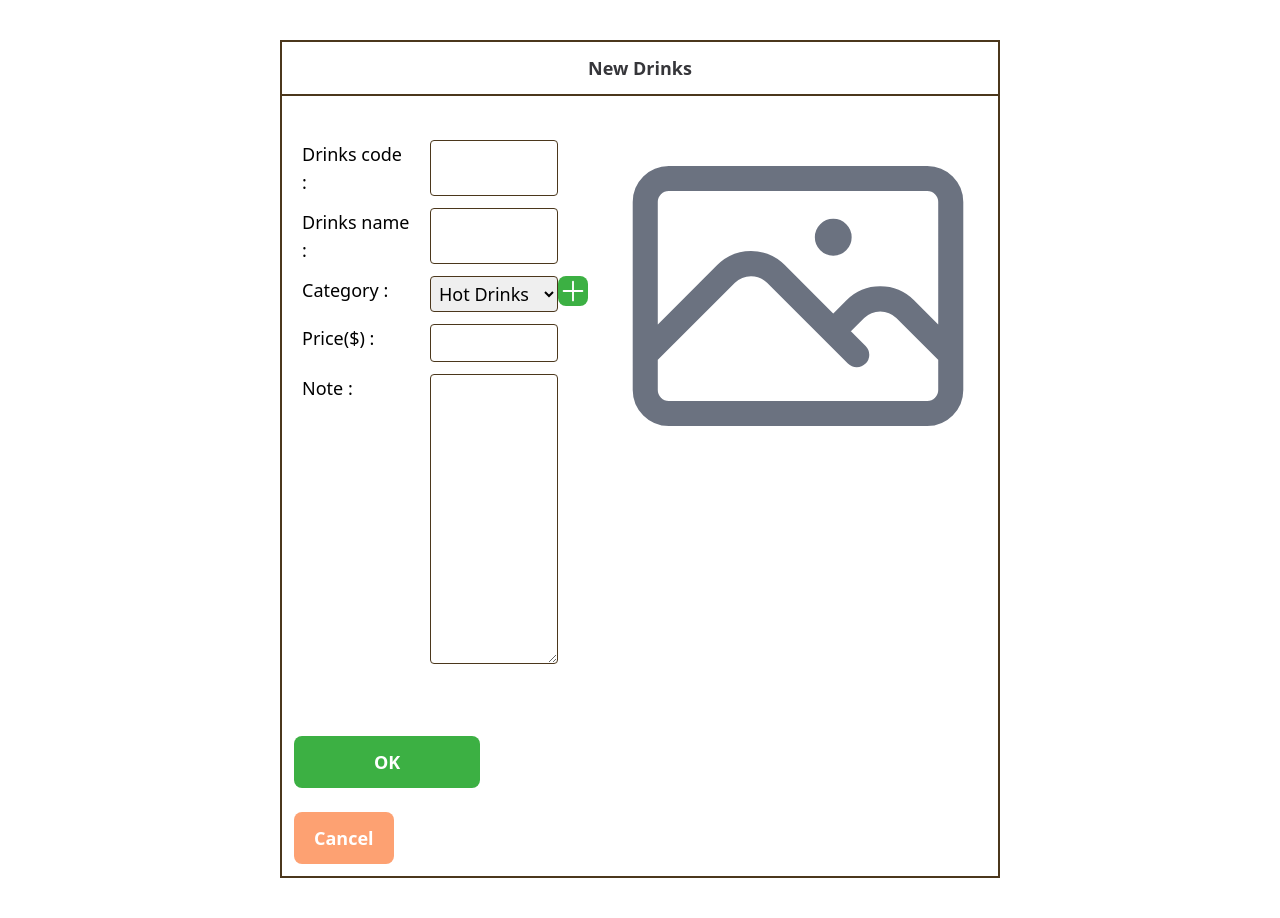
Repository: Dapravith/Midterm-SE-GIC-Cafe-Project-Group16
Page: bin/main/templates/addDrink.html
These files come from the project's save history. The page is drawn as it stood at one moment and after the next save; the edit follows.
The browser window is 1280 px wide. The pictures show the whole page.
Some web libraries are served in a nearby version.

Above is the page before, as saved 2023-05-17 08:40:46.

### bin/main/templates/addDrink.html
<!DOCTYPE html>
<html lang="en">

<head>
    <meta charset="UTF-8">
    <meta http-equiv="X-UA-Compatible" content="IE=edge">
    <meta name="viewport" content="width=device-width, initial-scale=1.0">
    <title>Add New Drink</title>
    <script src="https://cdn.tailwindcss.com"></script>
    <style>
        * {
            margin: 0;
            padding: 0;
            box-sizing: border-box;
        }

        button:hover {
            box-shadow: 0 14px 15px 0 rgba(36, 149, 198, 0.921), 0 17px 60px 0 rgba(90, 81, 81, 0.19);
        }

        .text-center {
            color: rgb(54, 54, 58);
            justify-content: center;
            font-weight: bold;
        }
    </style>
</head>

<body class="m-10 text-lg">
    <!-- CRUD PRODUCTS -->
    <div class="new_drink w-[60%] h-fit m-auto  border-[2px] border-solid border-[#4B371C] ">
        <div class="p-3 head">
            <h2 class="text-center">New Drinks</h2>
        </div>
        <div class="w-[100%] border-[1px] border-solid border-[#4B371C]"></div>
        <div class="flex">
            <div class="add_drink w-[60%]">
                <div class="py-3 ">
                    <form action="#" class="p-5 ">
                        <div class="grid grid-cols-2 mt-3">
                            <label class="mr-5" for="dcode">Drinks code :</label>
                            <input type="text" id="dcode" name="" class="p-1 border-[1px] border-solid border-[#4B371C] rounded" placeholder="">
                        </div>
                        <div class="grid grid-cols-2 mt-3">
                            <label class="mr-5" for="dname">Drinks name :</label>
                            <input type="text" id="dname" name="" class="p-1 border-[1px] border-solid border-[#4B371C] rounded" placeholder="">
                        </div>
                        <div class="grid grid-cols-2 mt-3">
                            <label class="mr-5" for="category">Category :</label>
                            <div class="flex justify-between">
                                <select type="add-item" id="category" name="" class="p-1 border-[1px] border-solid border-[#4B371C] rounded" placeholder="">
                                    <option value="1">Hot Drinks</option >
                                    <option value="2" >Cool Drinks</option >
                                    <option value="3" >Frappe</option >
                                    <option value="4" >Milk Tea</option >
                                </select>
                                <button id="add_category" class=" w-fit h-fit bg-[#3CB043] text-center text-white font-bold cursor-pointer duration-100 rounded-lg">
                                    <svg xmlns="http://www.w3.org/2000/svg" fill="none" viewBox="0 0 24 24" stroke-width="1.5" stroke="currentColor" class="w-[30px] h-[30px] " onclick="showPopup()">
                                        <path stroke-linecap="round" stroke-linejoin="round" d="M12 4.5v15m7.5-7.5h-15" />
                                    </svg>
                                </button>

                            </div>

                        </div>

                        <div class="grid grid-cols-2 mt-3">
                            <label class="mr-5" for="price">Price($) :</label>
                            <input name="" min="0" type="number" id="price" class="p-1 border-[1px] border-solid border-[#4B371C] rounded" placeholder="">
                        </div>
                        <div class="grid grid-cols-2 mt-3">
                            <label class="mr-5" for="note">Note :</label>
                            <textarea id="note" cols="90" rows="10" name="" class="p-1 w-full border-[1px] border-solid border-[#4B371C] rounded resize-x"> </textarea>
                        </div>
                    </form>
                </div>
                <br />
                <div>
                    <button class=" py-3 bg-[#3CB043] text-center text-white font-bold px-20 m-3 inline-block cursor-pointer duration-100 rounded-lg">OK</button>
                    <button class=" py-3 px-5 bg-[#FDA172] text-center text-white  font-bold p-3 m-3 inline-block cursor-pointer duration-100 rounded-lg">Cancel</button>
                </div>
            </div>
            <!-- images -->
            <div class="ml-5 img">
                <form action="#">
                    <input id="file-input" type="file" name="file" hidden accept="image/*">
                    <label for="file-input" class="cursor-pointer">
                        <div id="image-preview" class="w-[400px] h-fit p-3 border-[#4B371C]">
                            <svg xmlns="http://www.w3.org/2000/svg" fill="none" viewBox="0 0 24 24" stroke-width="1.6" stroke="currentColor" class="w-full h-full text-gray-500">
                                <path stroke-linecap="round" stroke-linejoin="round" d="M2.25 15.75l5.159-5.159a2.25 2.25 0 013.182 0l5.159 5.159m-1.5-1.5l1.409-1.409a2.25 2.25 0 013.182 0l2.909 2.909m-18 3.75h16.5a1.5 1.5 0 001.5-1.5V6a1.5 1.5 0 00-1.5-1.5H3.75A1.5 1.5 0 002.25 6v12a1.5 1.5 0 001.5 1.5zm10.5-11.25h.008v.008h-.008V8.25zm.375 0a.375.375 0 11-.75 0 .375.375 0 01.75 0z" />
                            </svg>
                        </div>
                    </label>
                </form>
            </div>
        </div>
    </div>
    </div>
    </div>
    </div>
    <!-- ADD NEW CATEGORY -->
    <div class="popup w-[100vw] h-[100vh] absolute top-[0] left-[0] bg-[#f1f1f199] hidden z-[100]">
        <main class="w-[20rem] absolute top-[50%] left-[50%] translate-x-[-50%] translate-y-[-50%]">
            <div class="none w-full h-fit m-auto  border-[2px] border-solid border-[#4B371C]">
                <div class="p-3 head">
                    <h2 class="text-center">New Category</h2>
                </div>
                <div class="w-[100%] border-[1px] border-solid border-[#4B371C]"></div>
                <div class="">
                    <form action="#" class="p-3 add_category">
                        <div class="grid grid-cols-2 mt-3">
                            <label for="gcode">Category code :</label>
                            <input type="text" id="dcode" name="" class="category_code border-[1px] border-solid border-[#4B371C] rounded" placeholder="" required>
                        </div>
                        <div class="grid grid-cols-2 mt-3">
                            <label for="gname">Category name :</label>
                            <input type="text" id="gname" name="" class="category_name border-[1px] border-solid border-[#4B371C] rounded" placeholder="" required>
                        </div>
                        <br />
                        <div class="flex">
                            <input id="okay" type="submit" value="OK" class=" py-3 bg-[#3CB043] text-center font-bold text-white px-16 in m-3 p-3 line-block cursor-pointer duration-100 rounded-lg">
                            <button class="cancel py-3 px-5 bg-[#FDA172] text-center font-bold text-white p-3 m-3 inline-block cursor-pointer duration-100 rounded-lg">Cancel</button>
                        </div>
                    </form>
                </div>
            </div>
        </main>

    </div>
    <script>
        const addNewCat = document.getElementById("add_category");
        const popup = document.querySelector(".popup");
        const form_add_category = document.querySelector(".add_category");
        const imagePreview = document.getElementById("image-preview");
        const fileInput = document.getElementById("file-input");

        addNewCat.addEventListener("click", showPopup);

        function showPopup() {
            popup.classList.remove("hidden");
        }

        form_add_category.addEventListener("submit", () => {
            clear();
            popup.classList.add("hidden");
        });

        document.querySelector(".cancel").addEventListener("click", () => {
            clear();
            popup.classList.add("hidden");
        });

        popup.addEventListener("click", (e) => {
            const target = e.target;

            if (target.classList.contains("popup")) {
                clear();
                popup.classList.add("hidden");
            }
        });

        function readImage(input) {
            if (input.files && input.files[0]) {
                const reader = new FileReader();

                reader.onload = function(e) {
                    const fileName = input.files[0].name;

                    imagePreview.innerHTML = `
                  <div class="image-container">
                    <img src="${e.target.result}" alt="Category Image">
                    <p class="image-name">${fileName}</p>
                    <button class="flex inline-flex items-center px-4 py-2 text-sm font-medium text-white bg-red-700 rounded-md item-center hover:bg-red-900">
                        <svg xmlns="http://www.w3.org/2000/svg" class="w-5 h-5 mr-2" fill="none" viewBox="0 0 24 24" stroke="currentColor">
                          <path stroke-linecap="round" stroke-linejoin="round" stroke-width="2" d="M19 7l-.867 12.142A2 2 0 0116.138 21H7.862a2 2 0 01-1.995-1.858L5 7m5 4v6m4-6v6m1-10V4a1 1 0 00-1-1h-4a1 1 0 00-1 1v3M4 7h16" />
                        </svg>

                        Delete
                      </button>
                  </div>
                `;

                    const deleteButton = imagePreview.querySelector(".delete-image");
                    deleteButton.addEventListener("click", () => {
                        clearImagePreview();
                    });
                };

                reader.readAsDataURL(input.files[0]);
            }
        }



        fileInput.addEventListener("change", function() {
            readImage(this);
        });

        function clear() {
            document.getElementById("dcode").value = "";
            document.getElementById("gname").value = "";
            fileInput.value = "";
            clearImagePreview();
        }

        function clearImagePreview() {
            const imageContainer = document.querySelector(".image-container");
            if (imageContainer) {
                imageContainer.remove();
            }
        }
    </script>
</body>

</html>

After the next save:
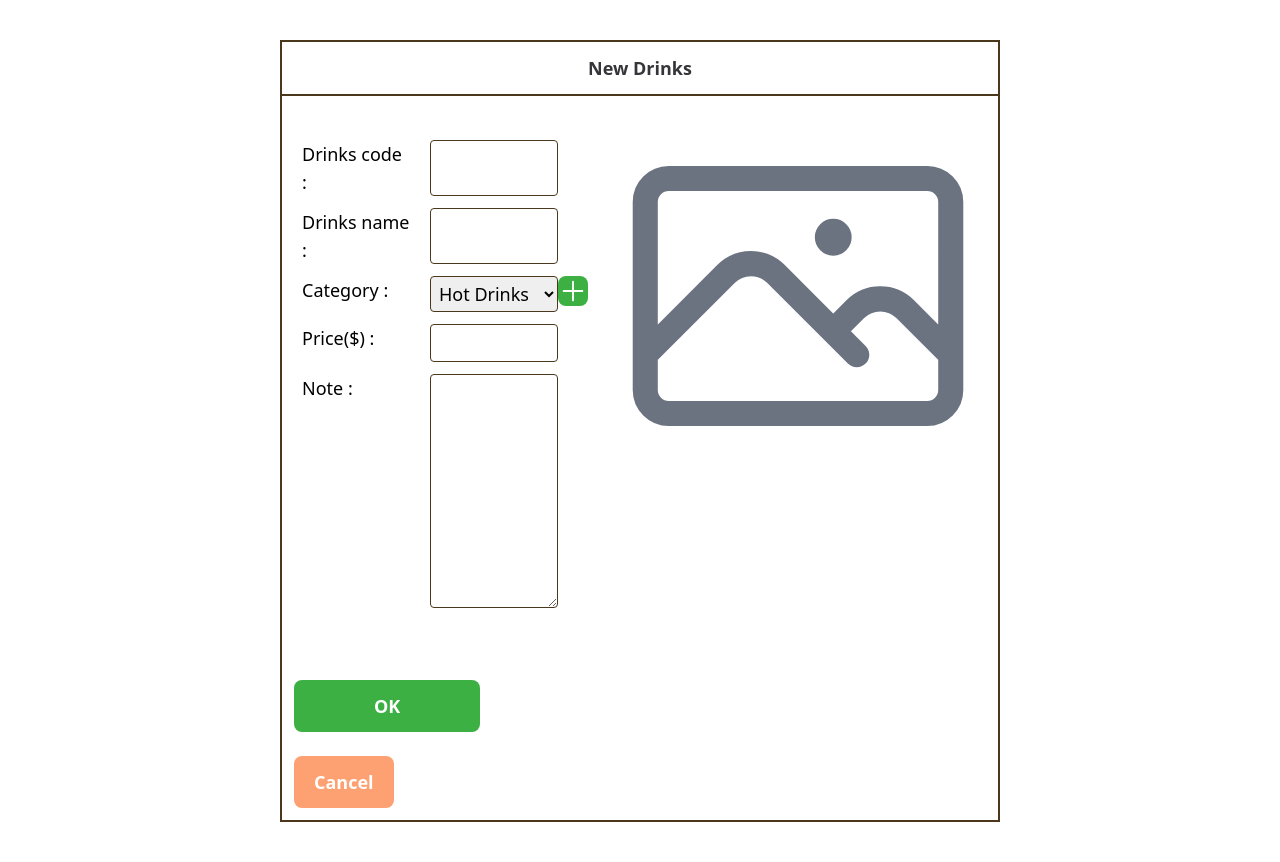
Saved 12 s later.
--- a/bin/main/templates/addDrink.html
+++ b/bin/main/templates/addDrink.html
@@ -70,7 +70,7 @@
                         </div>
                         <div class="grid grid-cols-2 mt-3">
                             <label class="mr-5" for="note">Note :</label>
-                            <textarea id="note" cols="90" rows="10" name="" class="p-1 w-full border-[1px] border-solid border-[#4B371C] rounded resize-x"> </textarea>
+                            <textarea id="note" cols="50" rows="8" name="" class="p-1 w-full border-[1px] border-solid border-[#4B371C] rounded resize-x"> </textarea>
                         </div>
                     </form>
                 </div>
